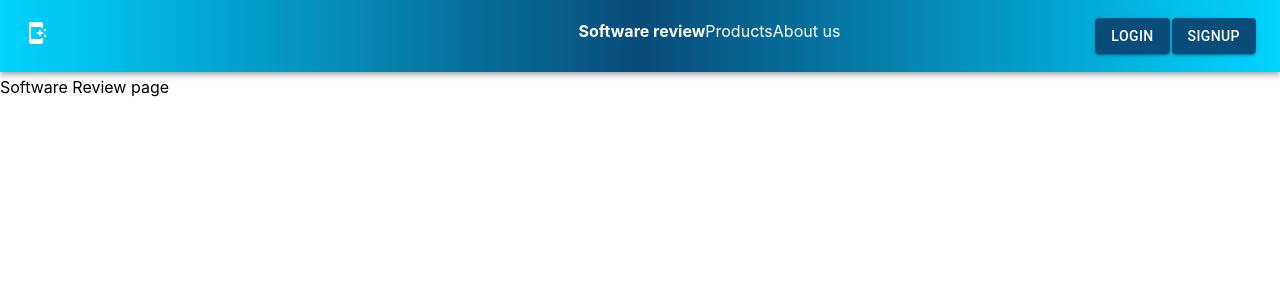
Repository: Alaa-M1/phoenix-products-reactjs-mui
Page: /
An editor plug-in stored every save of this project. The page is shown before and after the next save, followed by the edit.
The browser window is 1280 px wide. The pictures show the whole page.
The project was rebuilt for these pictures with package versions that can differ from the ones it lists, and the page was loaded fresh each time. Also part of the build but not shown: src/App.css, src/pages/Products/index.tsx, src/pages/AboutUs/index.tsx.

Above is the page before, as saved 2023-04-18 20:36:04.

After the next save:
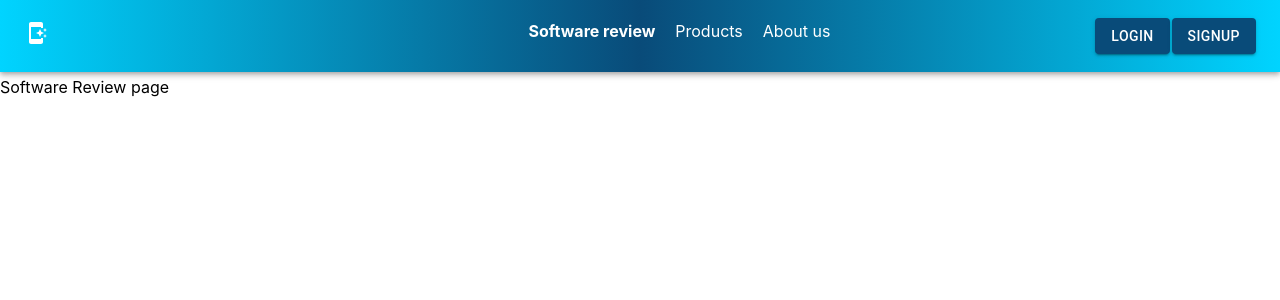
Saved 13 s later.
--- a/src/pages/AppLayout/index.tsx
+++ b/src/pages/AppLayout/index.tsx
@@ -48,12 +48,14 @@ const AppLayout = ({ links }: AppLayoutProps) => {
                   <StyledNav>
                     <ul>
                       {links.map((link, index) => (
-                          <StyledLink key={index}
+                        <li key={index}>
+                          <StyledLink
                             to={link.path}
                             isActive={pathname === link.path}
                           >
                             {link.label}
                           </StyledLink>
+                        </li>
                       ))}
                     </ul>
                   </StyledNav>
